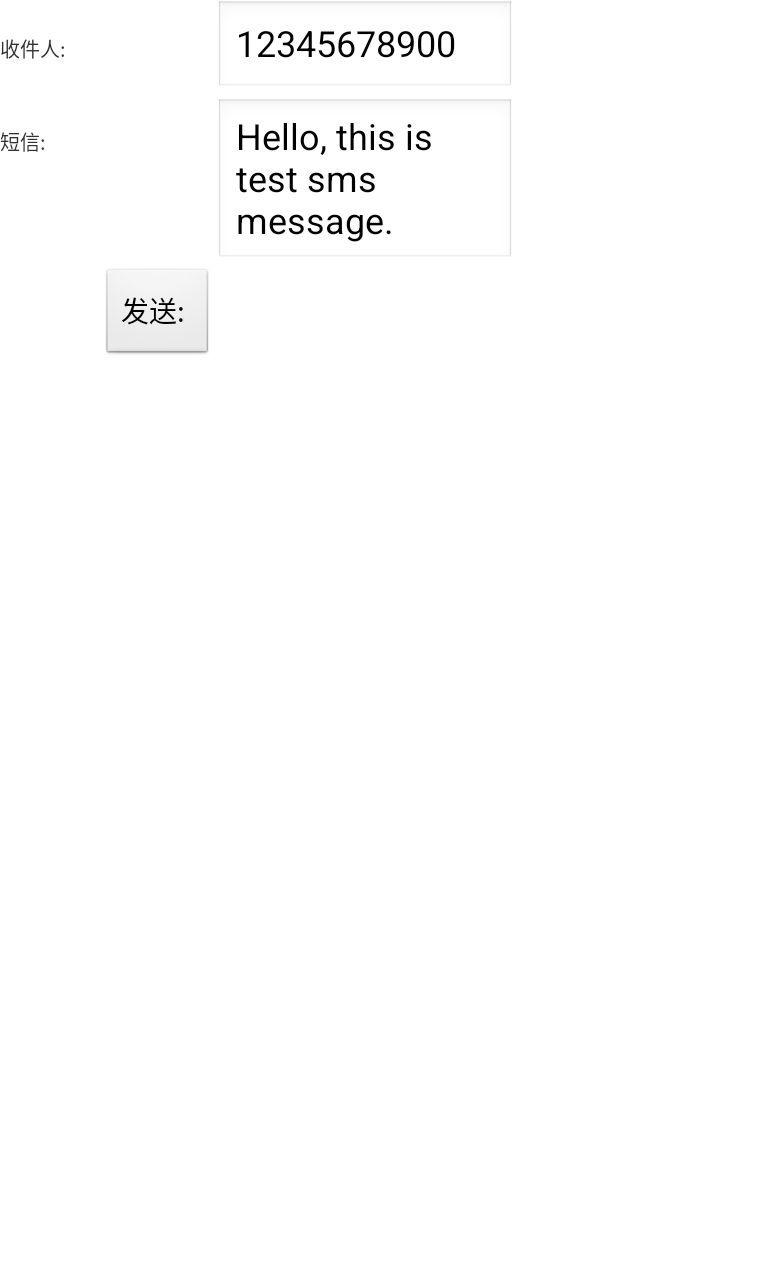
Repository: yorkLiu/android
Layout: IntentDemo/res/layout/sms_main.xml
These files come from the project's save history. The layout is drawn as it stood at one moment and after the next save; the edit follows.
It is drawn on a 768 x 1280 px phone screen (xhdpi) without system bars, with theme AppTheme; the app's code is not run.

Above is the layout before, as saved 2014-09-20 13:04:14.

### IntentDemo/res/layout/sms_main.xml
<?xml version="1.0" encoding="utf-8"?>
<TableLayout xmlns:android="http://schemas.android.com/apk/res/android"
    android:layout_width="fill_parent"
    android:layout_height="fill_parent" >

    <TableRow>
        <TextView
            android:layout_width="wrap_content"
            android:layout_height="wrap_content"
            android:textSize="20px"
            android:text="收件人: "
            />
        <EditText
            android:id="@+id/receiver"
            android:layout_width="300px"
            android:layout_height="wrap_content"
            android:numeric="integer"
            android:text="12345678900"
            />
    </TableRow>
    <View
        android:layout_width="fill_parent"
        android:layout_height="2px"
        />

    <TableRow>

        <TextView
            android:layout_width="wrap_content"
            android:layout_height="wrap_content"
            android:text="短信: "
            android:textSize="20px" />

        <EditText
            android:id="@+id/messageInfo"
            android:layout_width="300px"
            android:layout_height="wrap_content"
            android:layout_gravity="top"
            android:numeric="integer"
            android:text="Hello, this is test sms message."
            />
    </TableRow>
    <TableRow>
        <Button
            android:id="@+id/sendSmsBtn"
            android:layout_width="wrap_content"
            android:layout_height="wrap_content"
            android:layout_marginLeft="100px"
            android:text="发送: "
            />

    </TableRow>


</TableLayout>

Loaded but not shown: IntentDemo/res/values/styles.xml (common file)

After the next save:
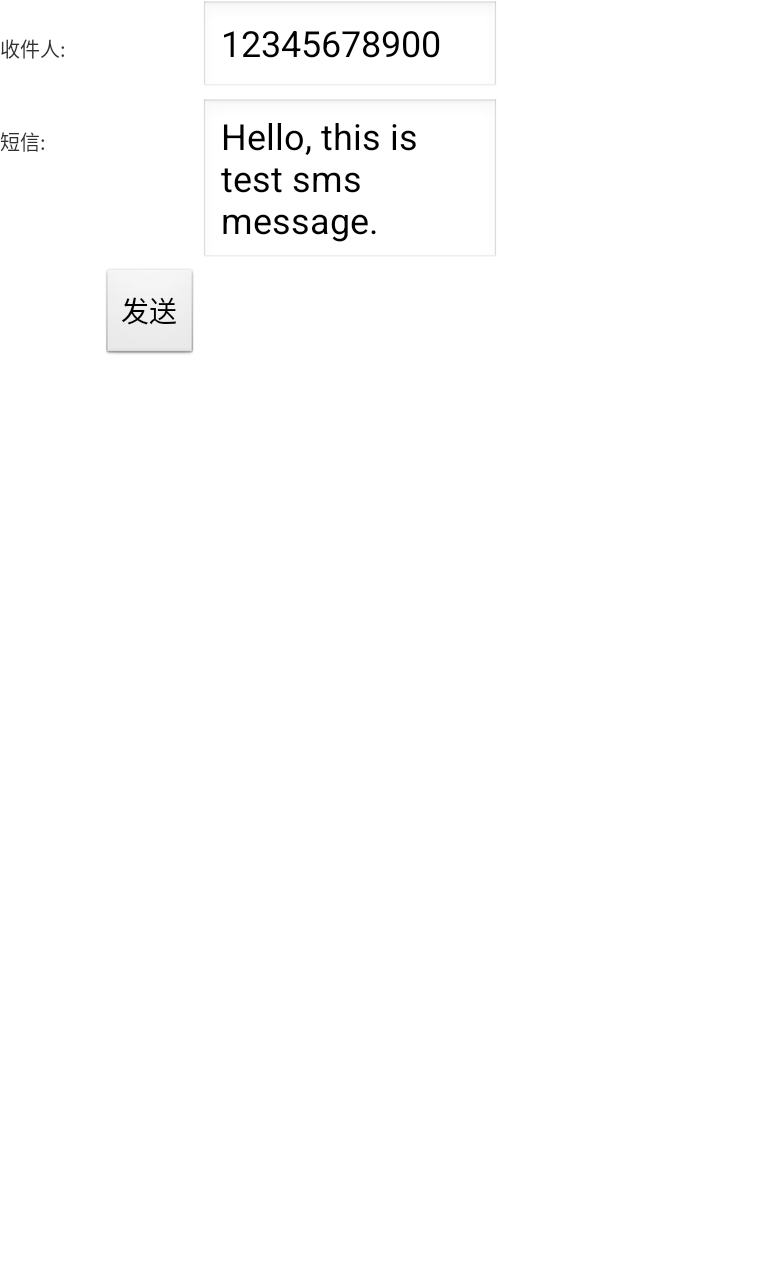
Saved 6 s later.
--- a/IntentDemo/res/layout/sms_main.xml
+++ b/IntentDemo/res/layout/sms_main.xml
@@ -46,7 +46,7 @@
             android:layout_width="wrap_content"
             android:layout_height="wrap_content"
             android:layout_marginLeft="100px"
-            android:text="发送: "
+            android:text="发送"
             />
 
     </TableRow>
